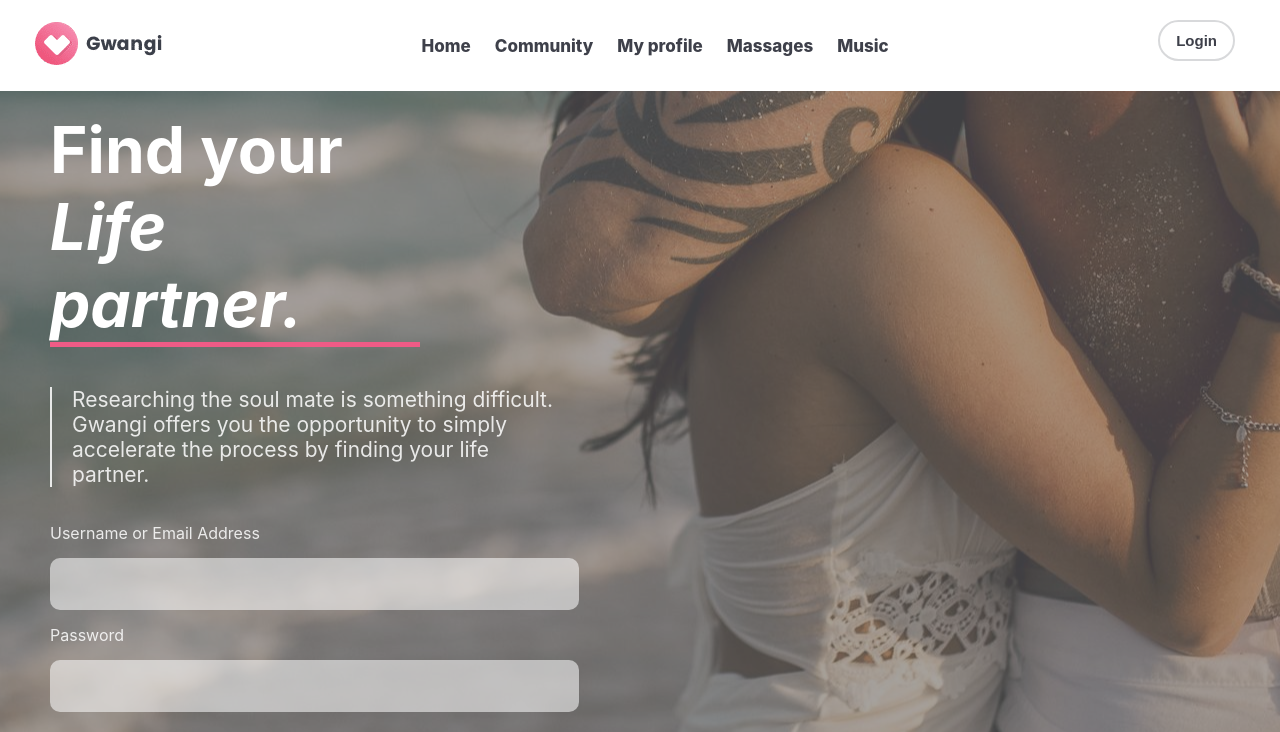
Repository: ShokunLiubov/Soc-Network-React
Page: /login
These files come from the project's save history. The page is drawn as it stood at one moment and after the next save; the edit follows.
The browser window is 1280 px wide. The pictures show the whole page.
The project was rebuilt for these pictures with package versions that can differ from the ones it lists, and the page was loaded fresh each time. Also part of the build but not shown: src/components/common/Paginator/Paginator.module.css, src/components/common/Paginator/Paginator.jsx, src/components/Community/Community.module.css, src/components/Community/Friend/Friend.jsx, src/components/Community/Community.jsx, src/components/common/Preloader/Preloader.jsx, src/components/Community/CommunityContainer.jsx, src/components/Dialogs/Dialogs.module.css and 14 more.

Above is the page before, as saved 2022-08-24 18:08:51.

After the next save:
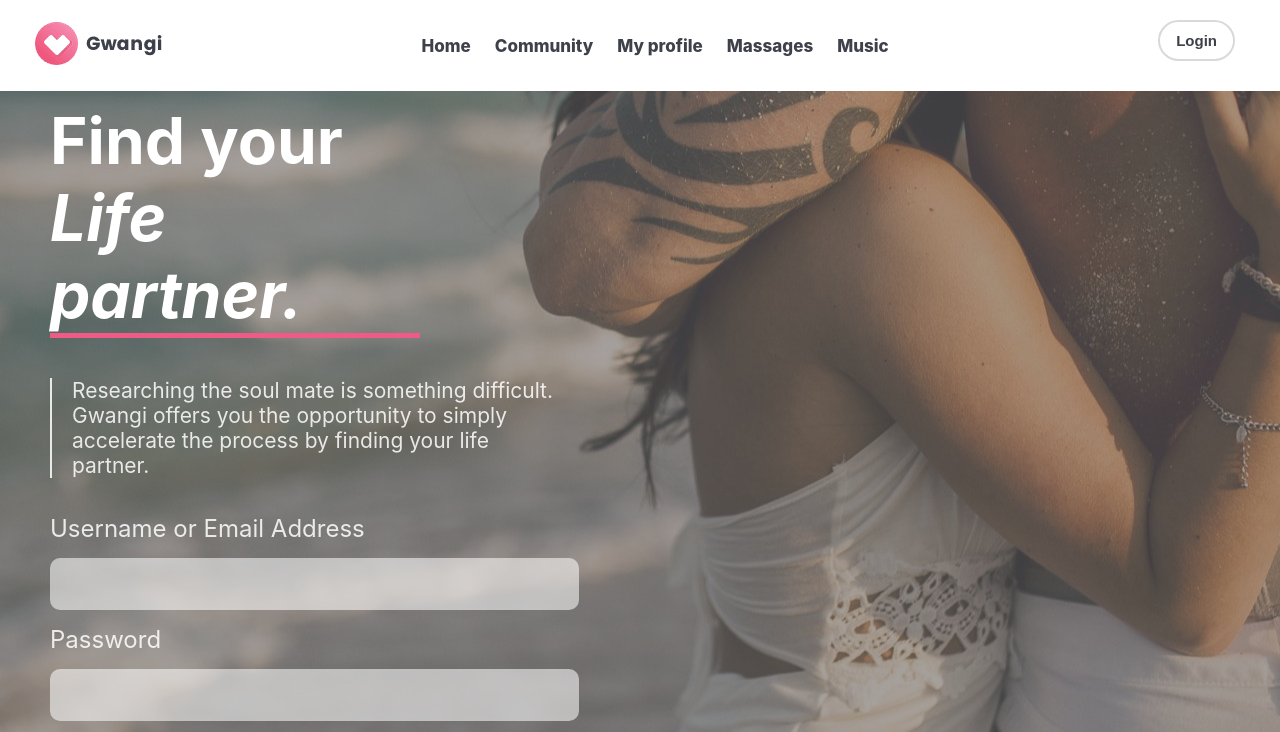
Saved 9 s later.
--- a/src/components/Auth/Registration/Registration.module.css
+++ b/src/components/Auth/Registration/Registration.module.css
@@ -61,6 +61,6 @@
 .username label,
 .password label {
     margin: 15px 0;
-    font-size: 24xpx;
+    font-size: 24px;
 }
 /* FORM */
